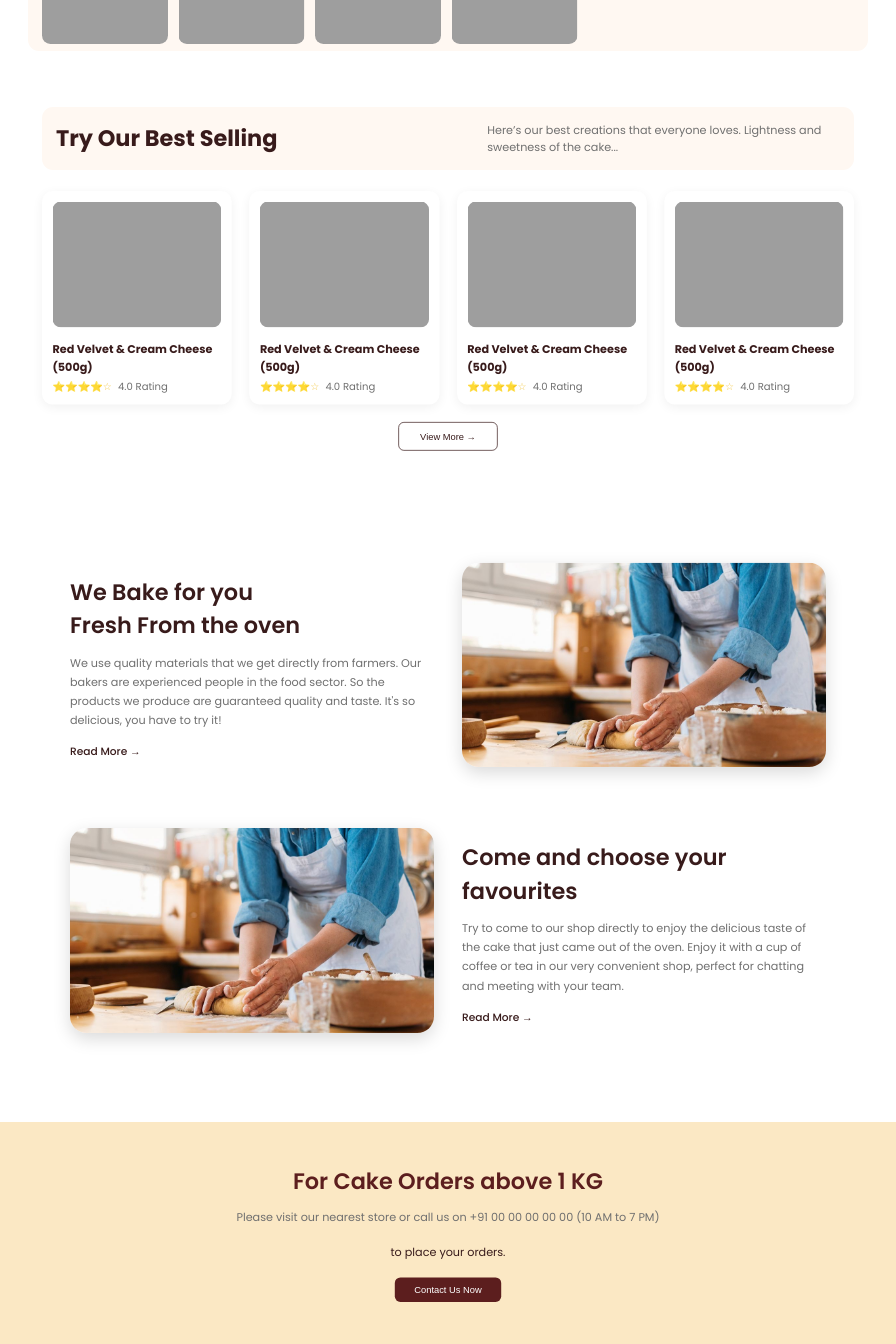
Repository: josegabrielzevallos/chocobrat-bakery-website
Page: index.html
The author's editor kept a copy of each file at every save. The page is drawn from the files as they stood at one save, then again after the next save.
The browser window is 1280 px wide. The pictures show the part of the page from y = 677 to 2597 px (the page is 2597 px tall before and 2574 px after), at 70% of full size.
Pictures or frames that could not be fetched are drawn as grey boxes. A picture or video elsewhere on the page could not be fetched, so the positions and the page height are approximate.

Above is the page before, as saved 2025-11-20 15:55:45.

After the next save:
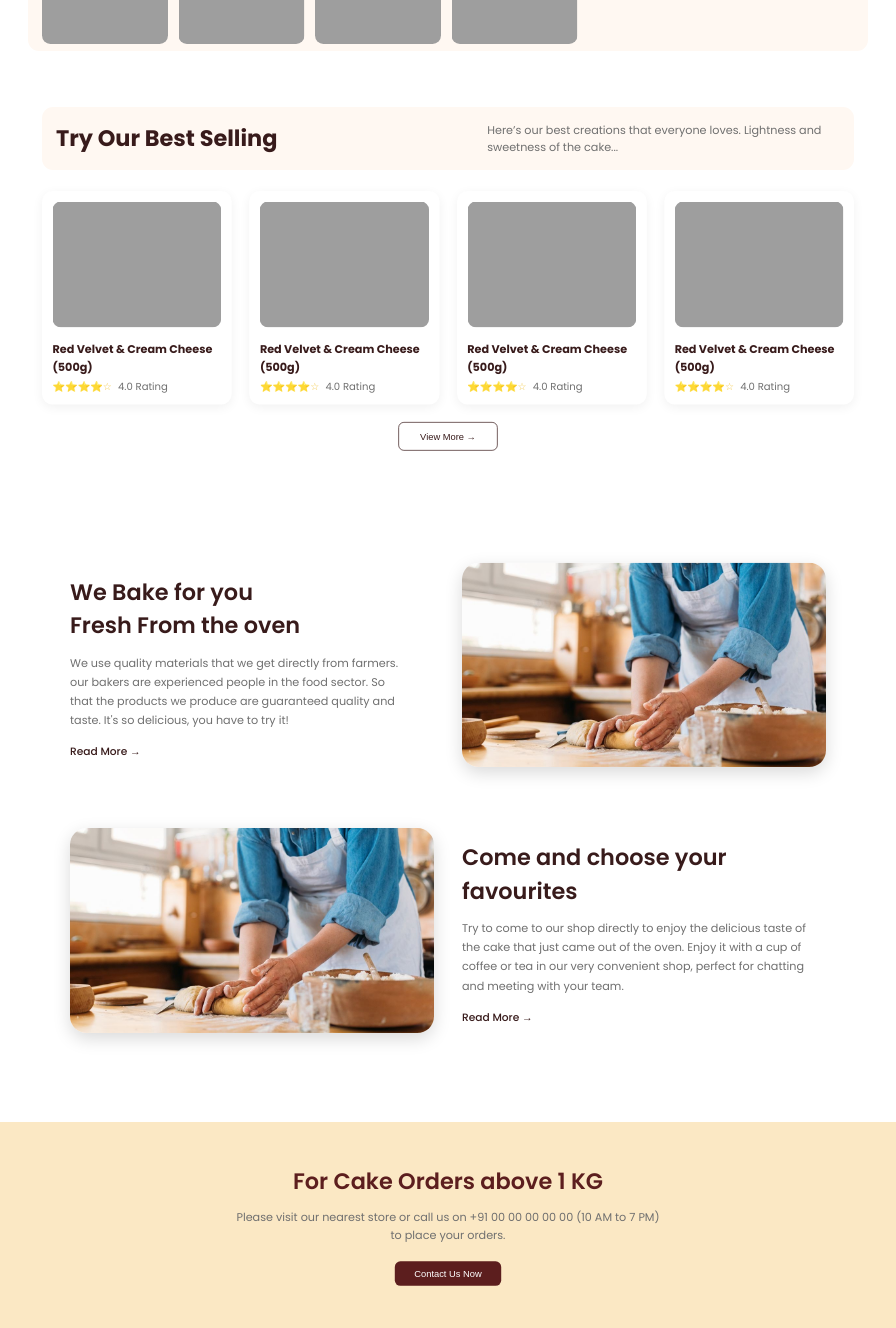
Saved 3 min 43 s later.
--- a/index.html
+++ b/index.html
@@ -119,9 +119,9 @@
                 <h2>We Bake for you<br>Fresh From the oven</h2>
                 <p>
                     We use quality materials that we get directly from farmers.
-                    Our bakers are experienced people in the food sector. So the
-                    products we produce are guaranteed quality and taste. It's so
-                    delicious, you have to try it!
+                    <br>our bakers are experienced people in the food sector. So
+                    <br>that the products we produce are guaranteed quality and
+                    <br>taste. It's so delicious, you have to try it!
                 </p>
                 <a href="#" class="story-link">Read More →</a>
             </div>
@@ -159,9 +159,7 @@
             <h2>For Cake Orders above 1 KG</h2>
             <p>
                 Please visit our nearest store or call us on +91 00 00 00 00 00 (10 AM to 7 PM)
-            <p>
-
-            </p>
+            <br>
                 to place your orders.
             </p>
             <button class="btn primary order-btn">Contact Us Now</button>
